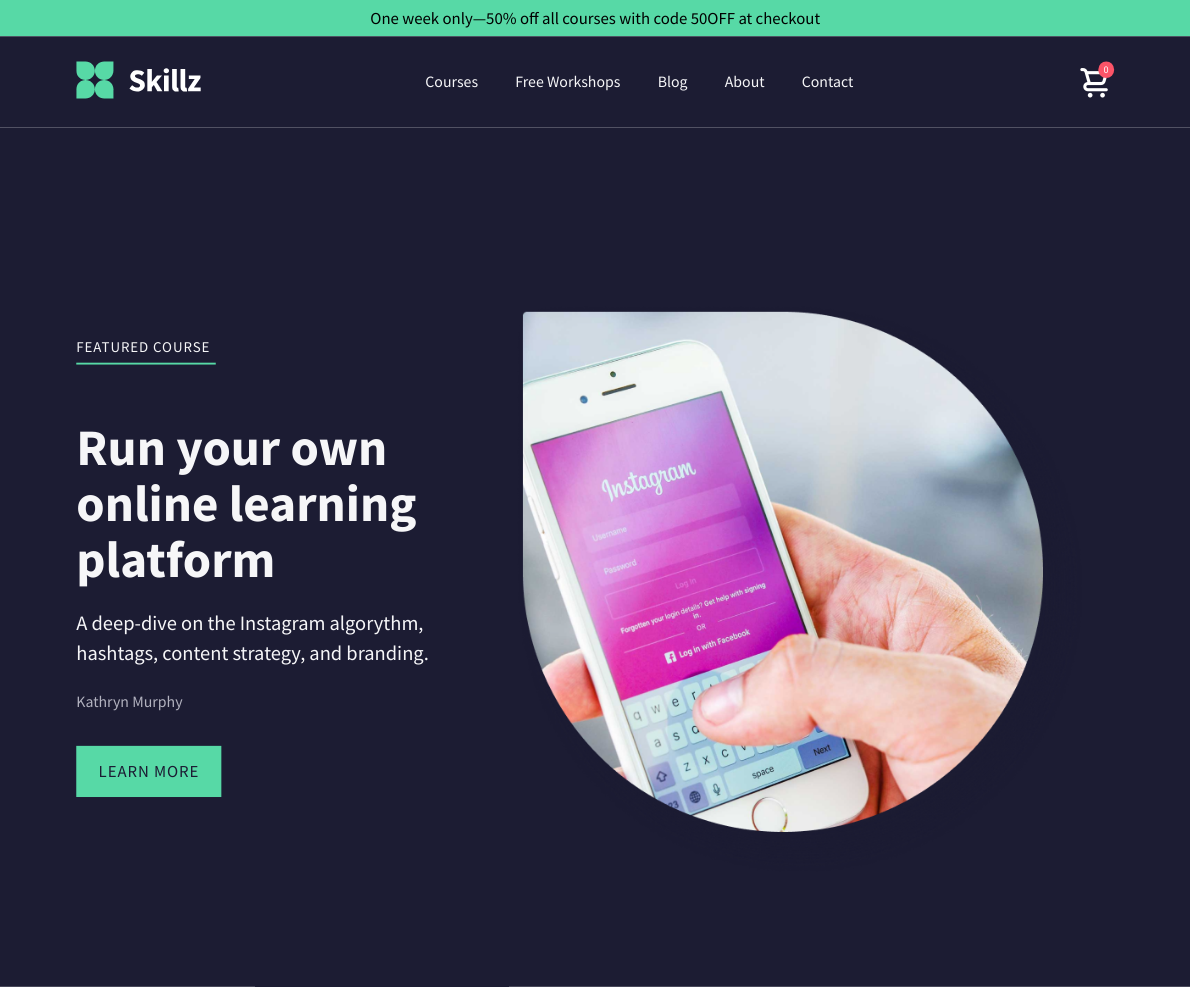
Repository: saidabbasun/skillz
Page: /
An editor plug-in stored every save of this project. The page is shown before and after the next save, followed by the edit.
The browser window is 1280 px wide. The pictures show the whole page, at 93% of full size.
The project was rebuilt for these pictures with package versions that can differ from the ones it lists, and the page was loaded fresh each time.

Above is the page before, as saved 2022-06-13 04:31:51.

After the next save:
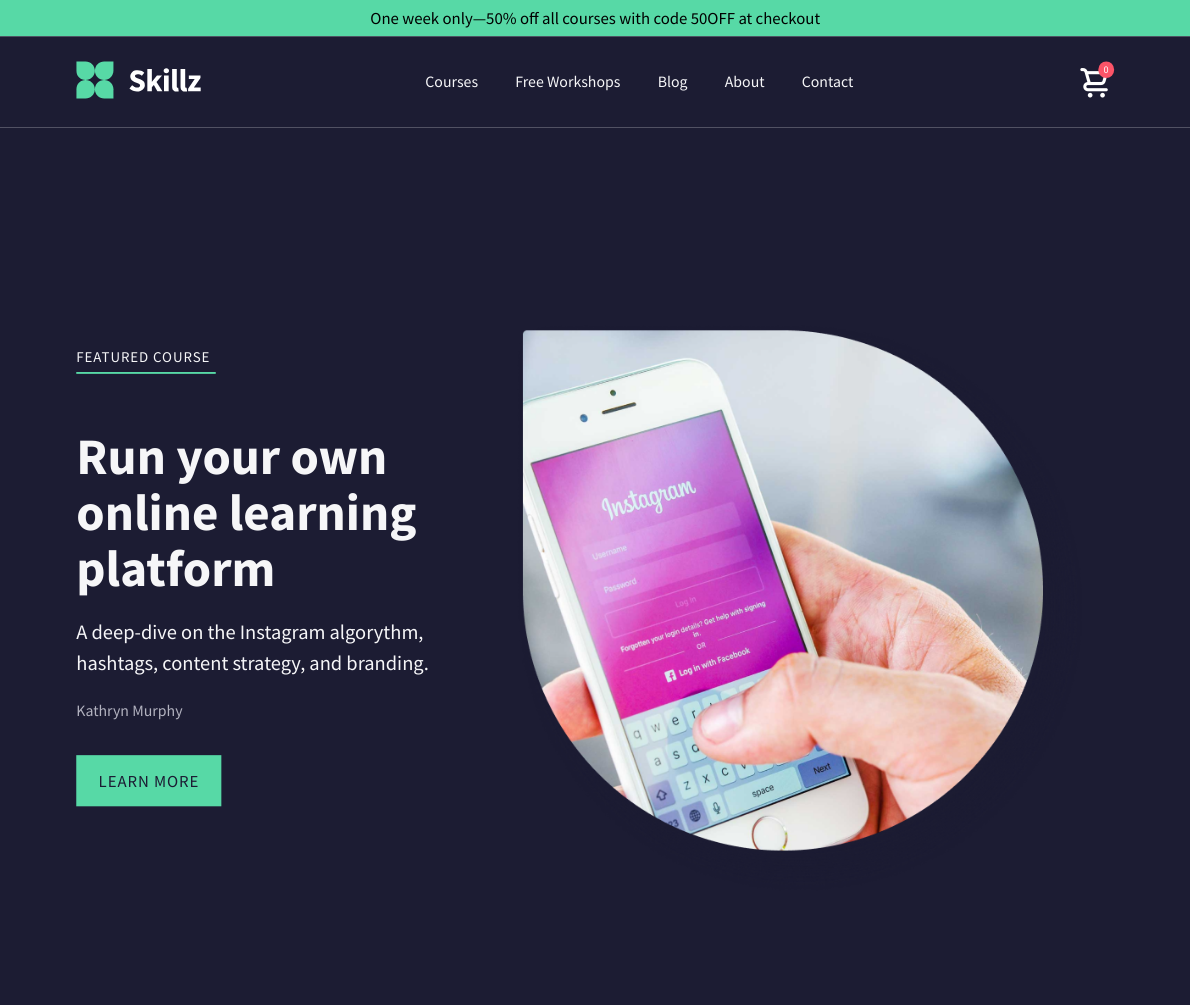
Saved 4 s later.
--- a/src/styles/Home.scss
+++ b/src/styles/Home.scss
@@ -54,7 +54,7 @@
 
 .col7{
     width: 60%;
-    padding-top:70px ;
+    padding-top:90px ;
 }
 
 .bgRectangle{
